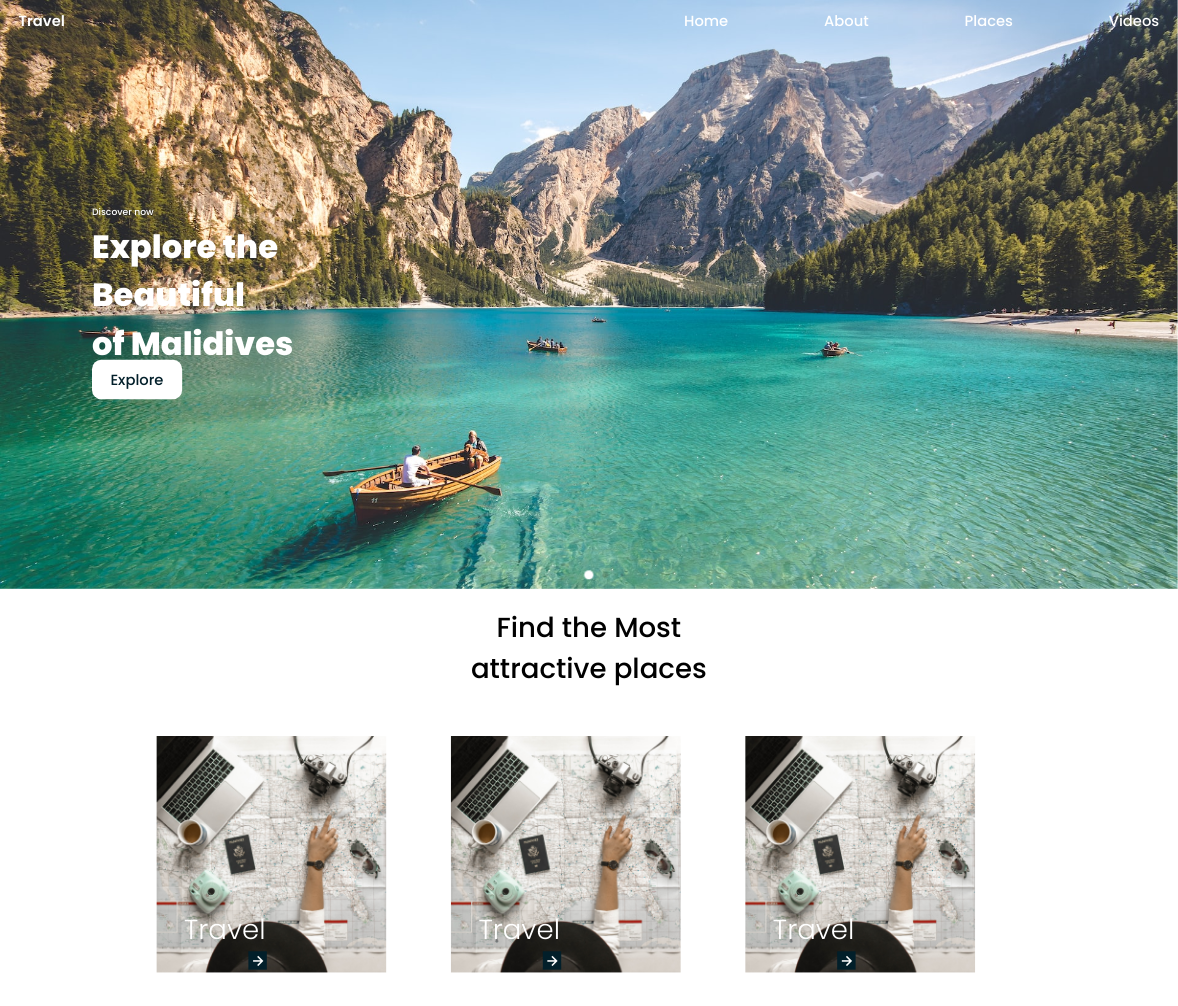
Repository: OmniaRafat232111121/Traveling
Page: index.html
An editor plug-in stored every save of this project. The page is shown before and after a run of saves, followed by the edit.
The browser window is 1280 px wide. The pictures show the whole page, at 92% of full size.

Above is the page before, as saved 2022-12-20 11:32:08.

### index.html
<!DOCTYPE html>
<html lang="en">
<head>
    <meta charset="UTF-8">
    <meta http-equiv="X-UA-Compatible" content="IE=edge">
    <meta name="viewport" content="width=device-width, initial-scale=1.0">
    <title>Travel Css</title>
    <link rel="stylesheet" href="css/style.css">
    <!--swiper-->
       <link
  rel="stylesheet"
  href="https://cdn.jsdelivr.net/npm/swiper@8/swiper-bundle.min.css"
/>
<!--Box icon-->
 <link rel="stylesheet"
  href="https://cdn.jsdelivr.net/npm/boxicons@latest/css/boxicons.min.css">
</head>
<body>
    <!--navbar start-->
    <header class="header">
        <div class="logo">
        <a href="index.html" >Travel</a>
        </div>
        <div class="'bx bx-menu" id="menu-icon"></div>
        <nav>
            <ul>
                <li><a href="index.html">Home</a></li>
                <li><a href="#about">About</a></li>
                <li><a href="#places">Places</a></li>
                <li><a href="#viedo">Videos</a></li>
            </ul>
        </nav>

    </header>
   <!--navbar end-->
   <!--home start-->
   <section class="home swiper" id="home">
   <div class="swiper-wrapper">
        <div class="swiper-slide container">
            <img src="./imgs/travel1.jpg" alt="travel"/>
            <div class="home-text">
                <span>Discover now</span>
                <h1>Explore the <br>Beautiful<br> of Malidives</h1>
                <a href="#" class="btn"> Explore</a>
            </div>
        </div>

        <div class="swiper-slide container">
            <img src="./imgs/dessert.jpg" alt="travel"/>\
            <div class="home-text">
                <span>Discover now</span>
                <h1>Explore the <br>Beautiful<br> of Malidives</h1>
                <a href="#" class="btn"> Explore</a>
            </div>
        </div>
        <div class="swiper-slide container">
            <img src="./imgs/travel3.jpg" alt="travel"/>
            <div class="home-text">
                <span>Discover now</span>
                <h1>Explore the <br>Beautiful<br> of Malidives</h1>
                <a href="#" class="btn"> Explore</a>
            </div>
        </div>

      </div>
    <div class="swiper-pagination"></div>
   </section>
   <!--home end-->

   <!--places start-->
   <section class="places" id="places">
    <div class="heading">
        <h1>Find the Most <br>attractive places</h1>
        <div class="places-container">
            <div class="box">
                <div class="place-image">
                   <img  src="./imgs/p1.jpg" alt="image" />
                </div>
                <div class="place-heading">
                    <h2>Travel</h2>
                </div>
                <i class='bx bx-right-arrow-alt place-icon'></i>

            </div>
            <div class="box">
                <div class="place-image">
                   <img  src="./imgs/p1.jpg" alt="image" />
                </div>
                <div class="place-heading">
                    <h2>Travel</h2>
                </div>
                <i class='bx bx-right-arrow-alt place-icon'></i>

            </div>
            <div class="box">
                <div class="place-image">
                   <img  src="./imgs/p1.jpg" alt="image" />
                </div>
                <div class="place-heading">
                    <h2>Travel</h2>
                </div>
                <i class='bx bx-right-arrow-alt place-icon'></i>

            </div>

        </div>

    </div>

   </section>

   <!--places ends-->
<!--swiper-->
<script src="https://cdn.jsdelivr.net/npm/swiper@8/swiper-bundle.min.js"></script>
<!--custom js-->
<script src="main.js"></script>
</body>
</html>

### css/style.css
@import url('https://fonts.googleapis.com/css2?family=Be+Vietnam+Pro:wght@100&family=Inter:wght@100;300;400;500;600&family=Montserrat:wght@400;700&family=Nunito:ital,wght@0,200;0,300;1,200&family=Open+Sans:ital,wght@0,300;0,600;0,700;1,300&family=Poppins:ital,wght@0,200;0,300;0,500;0,600;0,800;0,900;1,100;1,200;1,300;1,500&family=Work+Sans:ital,wght@0,100;0,200;0,400;0,500;1,200;1,300&display=swap');
*{
    padding:0;
    margin:0;
    box-sizing: border-box;
    font-family: Poppins,'sans-serif';
    scroll-behavior: smooth;
}
:root{
    --text-color:#021f2a;
    --bf-color:#fff;
}
li{
    list-style: none;
}
a{
    text-decoration: none;
}
header{

    position:fixed;
    width:100%;
    top:0;
    left:0;
    right:0;
    display:flex;
    align-items: center;
    justify-content: space-between;
    padding:10px 20px;
     transition: 0.3s;
     z-index:20000;
}
nav ul li{
    display:inline-block;
    margin-left: 100px;

}
nav ul li a{
    color:#fff;
}
.logo a{
    font-size: 1rem;
    font-weight: 600;
    color:var(--bf-color)
}
nav ul li {
    position: relative;
}
nav ul li a::after{
    content:" ";
    width:0%;
    height:2px;
    background-color:#fff;
    position: absolute;
    bottom: -3px;
    left:0;
    transition: 0.3s;

}
nav ul li a:hover::after{
 width:50px;
}
#menu-icon{
    display:none;
    cursor: pointer;
    z-index:10001;

}
.container{
    position:relative;
    width:100%;
    min-height:640px ;
    display: flex;
    align-items: center;
}
.container img{
    position: absolute;
    width:100%;
    height:100%;
    object-fit: cover;
}
.swiper-pagination-bullet{
padding:5px;
 background:var(--bf-color);
}
/* .swiper-pagination-bullet-active{
    background:var(--bf-color);
} */
span.swiper-pagination-bullet.swiper-pagination-bullet-active.swiper-pagination-bullet-active-main {
    background: #fff;
}
.home-text{
    z-index:20001;
    padding:0px 100px;
}
.home-text span{
    color:#fff;
    font-size: 10px;
}
.home-text h1{
    font-weight: 700;
    font-size: 35px;
    color:#fff;
}
.home-text h1:hover{
    color:var(--text-color);
    transition: 0.3s linear;
}
.btn{
    background-color: var(--bf-color);
    color:var(--text-color);
    padding:10px 20px;
    border-radius: 10px;
    margin-top: 70px;
    font-weight: 500;
}
.btn:hover{
    color: var(--bf-color);
    background-color:var(--text-color);
}

.heading{
    text-align: center;
}
.heading h1{
    font-weight: 500;
    padding:20px;
    font-size: 30px;
}
.places-container{
    display:grid;
    grid-template-columns: repeat(auto-fill,minmax(300px,auto));
    gap:20px;
    padding:30px;
    justify-content: center;
}
.places-container .box{
    position:relative;
}
.box .place-image{
    width:250px;
    overflow: hidden;
}
.places-container .box .place-image img{
    width:100%;
    height:100%;
}
 .box .place-image img:hover{
    transform: scale(1.1);
    transition: 0.3s;
}
.place-heading {
position:absolute;
bottom:30px;
}
.place-heading h2{
    font-weight: 300;
    font-size: 30px;
    color:var(--bf-color);
    margin-left:30px;

}
.place-icon{
    position:absolute;
    bottom:10px;
    left:100px;
    color:var(--bf-color);
    background-color: var(--text-color);
    font-size: 20px;
}

### main.js
//swiper
var swiper = new Swiper(".home", {
       loop: true,
       grabCursor:true,
       pagination: {
          el: ".swiper-pagination",
          dynamicBullets: true,
        },
});

After the next 2 saves:
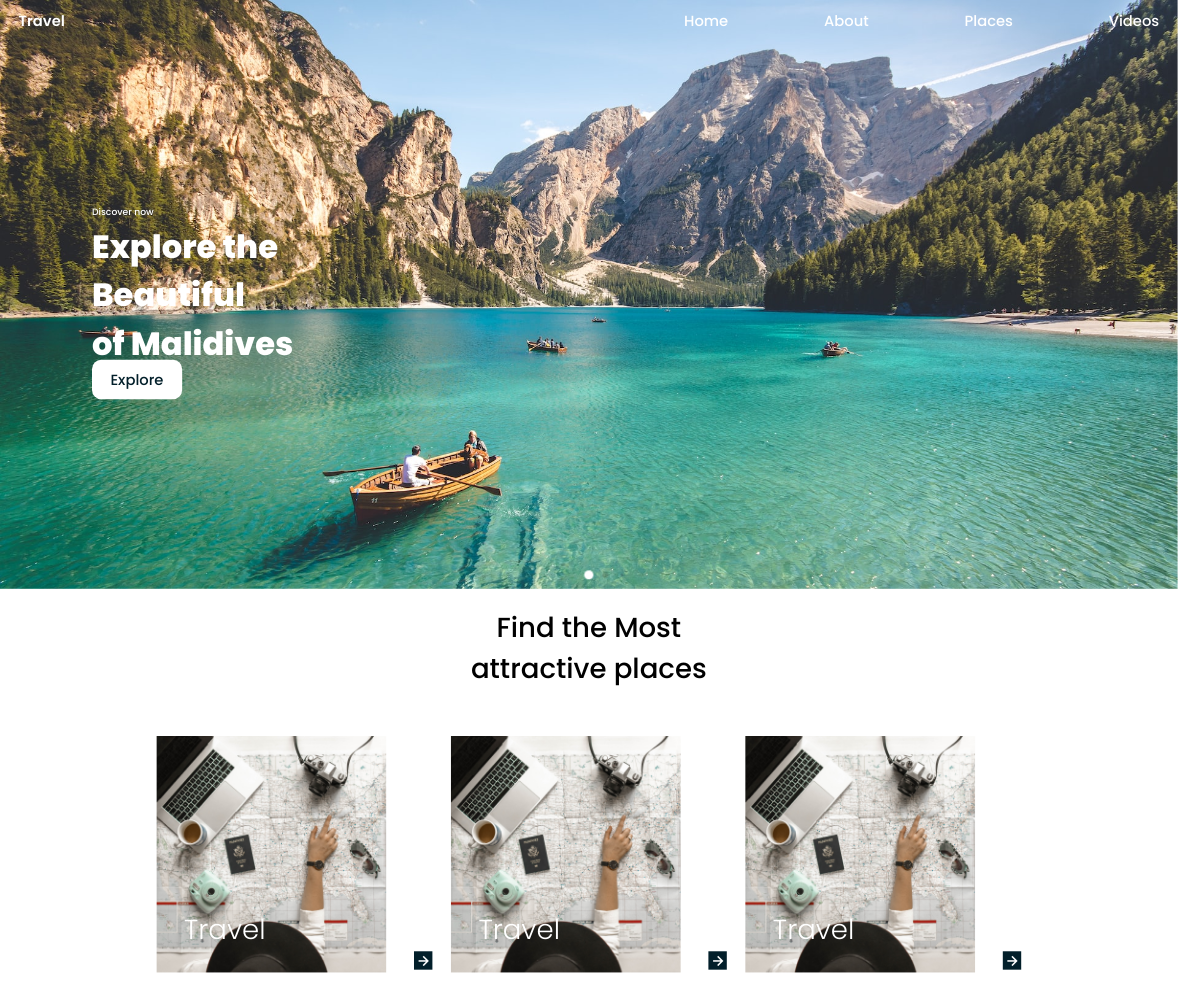
The 2 saves are shown as one change because they came seconds apart.
The last was saved 12 s later.
--- a/css/style.css
+++ b/css/style.css
@@ -163,7 +163,7 @@ bottom:30px;
 .place-icon{
     position:absolute;
     bottom:10px;
-    left:100px;
+    right:0px;
     color:var(--bf-color);
     background-color: var(--text-color);
     font-size: 20px;
